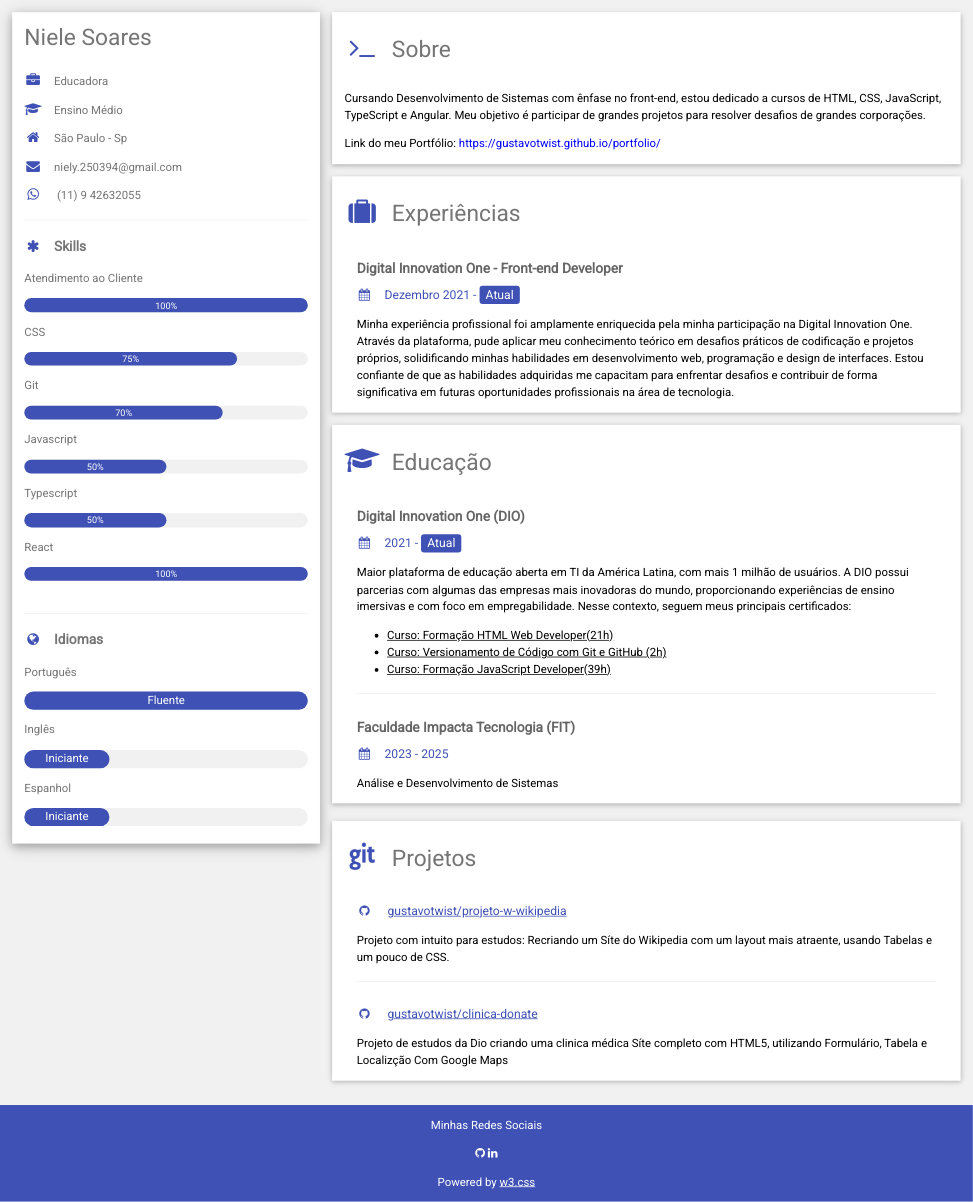
Repository: gustavotwist/cv2
Page: index.html
An editor plug-in stored every save of this project. The page is shown before and after the next save, followed by the edit.
The browser window is 1280 px wide. The pictures show the whole page, at 76% of full size.

Above is the page before, as saved 2024-08-23 17:16:31.

After the next save:
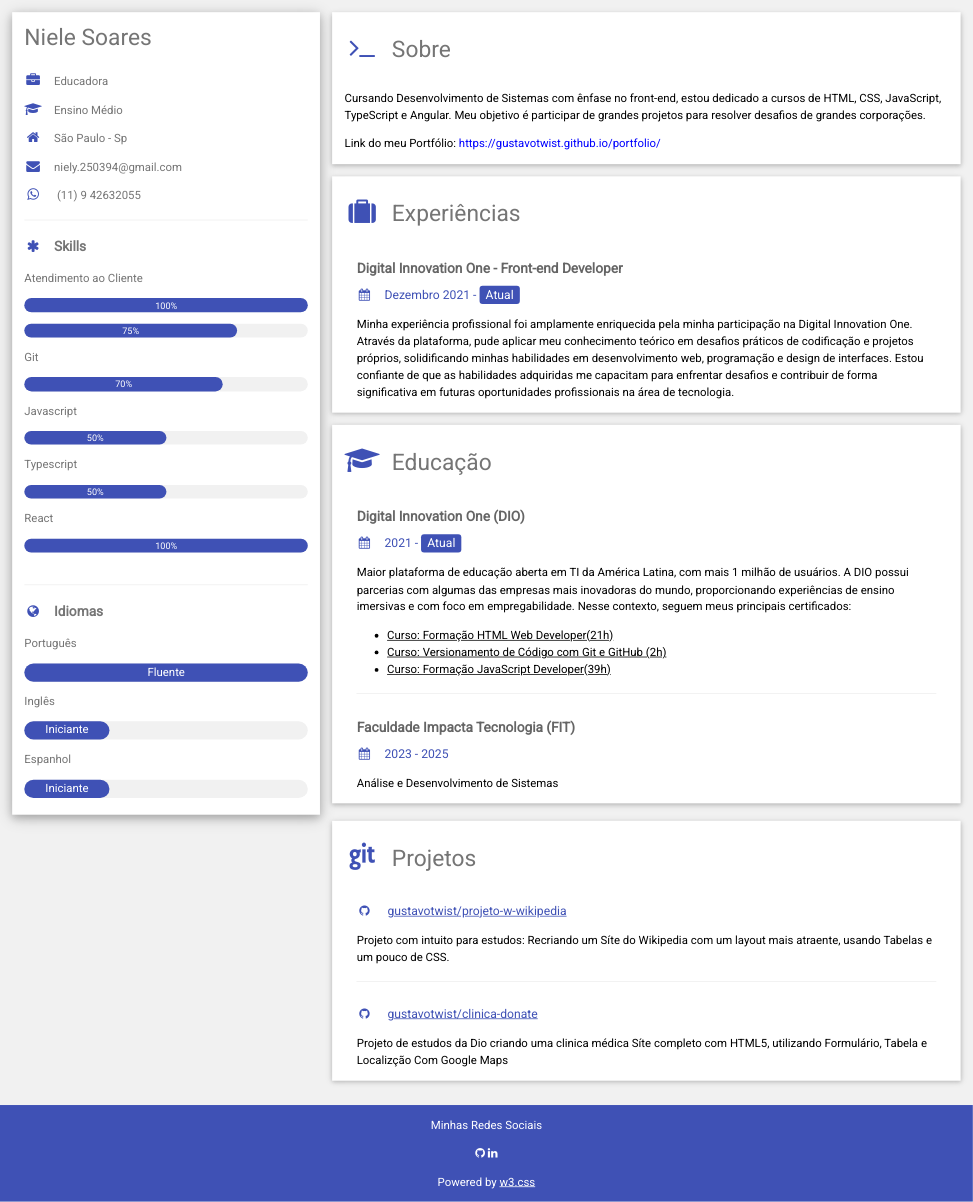
Saved 12 s later.
--- a/index.html
+++ b/index.html
@@ -50,7 +50,7 @@
               <div class="w3-light-grey w3-round-xlarge w3-small">
                 <div class="w3-container w3-center w3-round-xlarge w3-indigo" style="width:100%">100%</div>
               </div>
-              <p>CSS</p>
+              <p></p>
               <div class="w3-light-grey w3-round-xlarge w3-small">
                 <div class="w3-container w3-center w3-round-xlarge w3-indigo" style="width:75%">75%</div>
               </div>

After the 2 saves that followed:
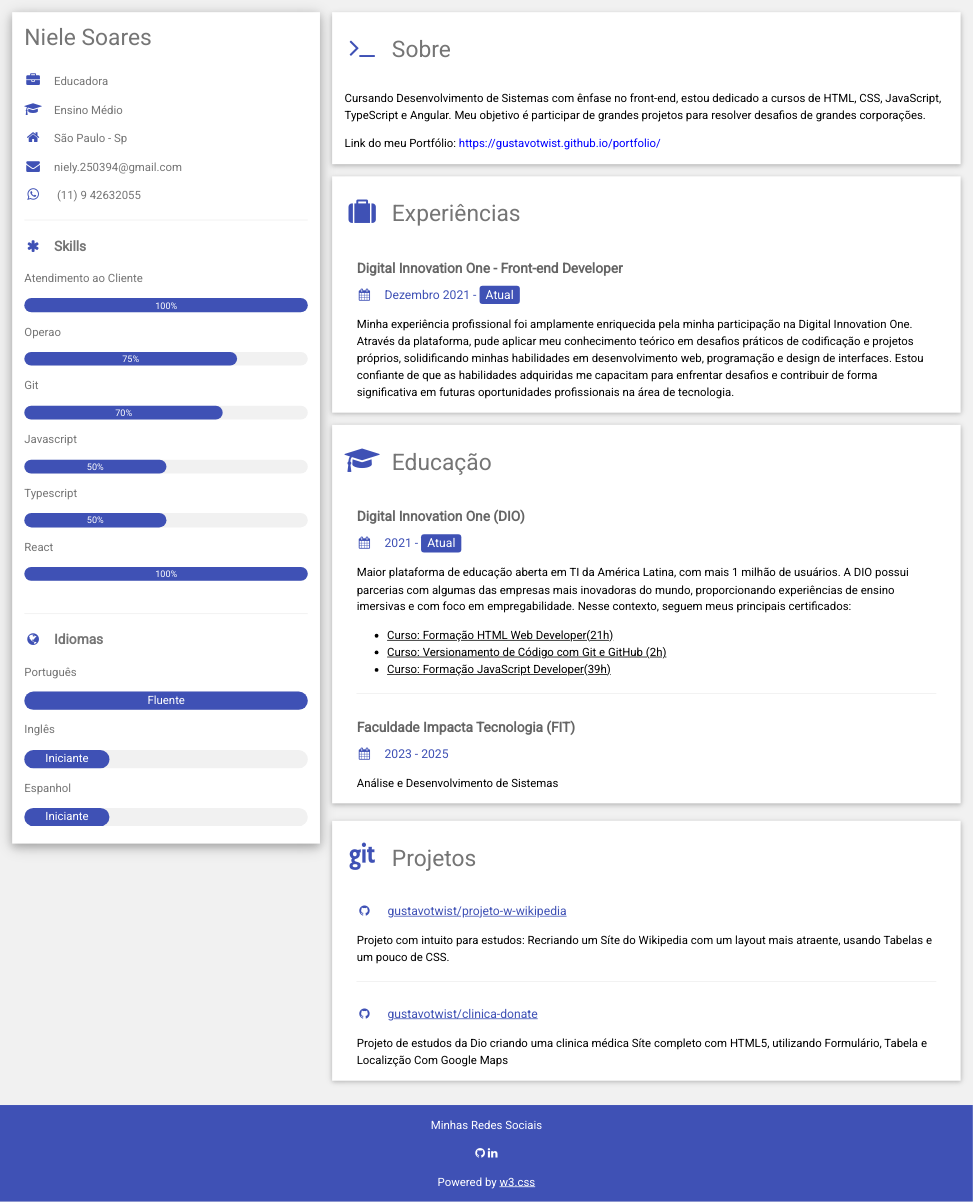
The 2 saves are shown as one change because they came seconds apart.
The last was saved 23 s later.
--- a/index.html
+++ b/index.html
@@ -50,7 +50,7 @@
               <div class="w3-light-grey w3-round-xlarge w3-small">
                 <div class="w3-container w3-center w3-round-xlarge w3-indigo" style="width:100%">100%</div>
               </div>
-              <p></p>
+              <p>Operao</p>
               <div class="w3-light-grey w3-round-xlarge w3-small">
                 <div class="w3-container w3-center w3-round-xlarge w3-indigo" style="width:75%">75%</div>
               </div>
